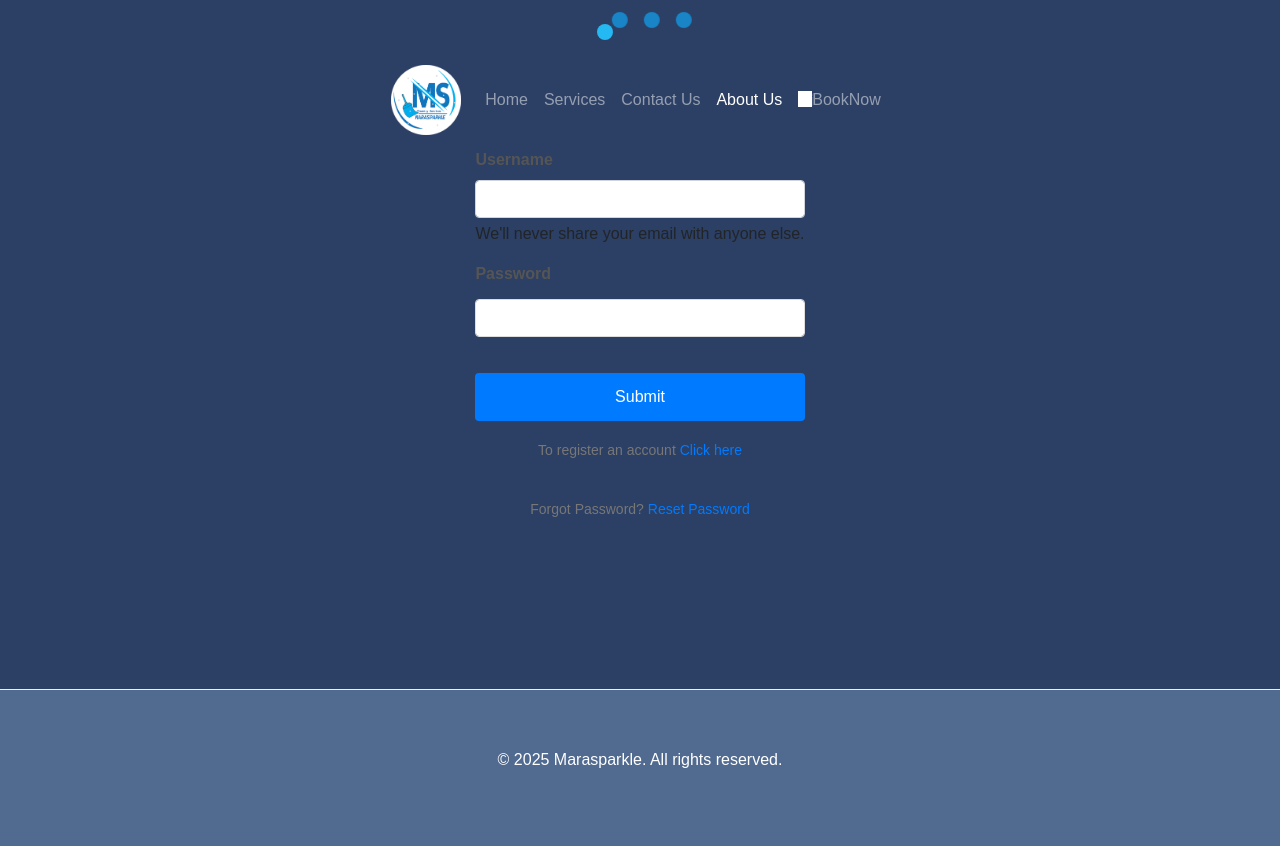
Repository: guineveretim/sparkle
Page: http://localhost/login/
The author's editor kept a copy of each file at every save. The page is drawn from the files as they stood at one save, then again after the next save.
The browser window is 1280 px wide. The pictures show the whole page.
The page is served by the project's application, run on Django 5.2 (manage.py).

Above is the page before, as saved 2025-03-26 15:00:05.

After the next save:
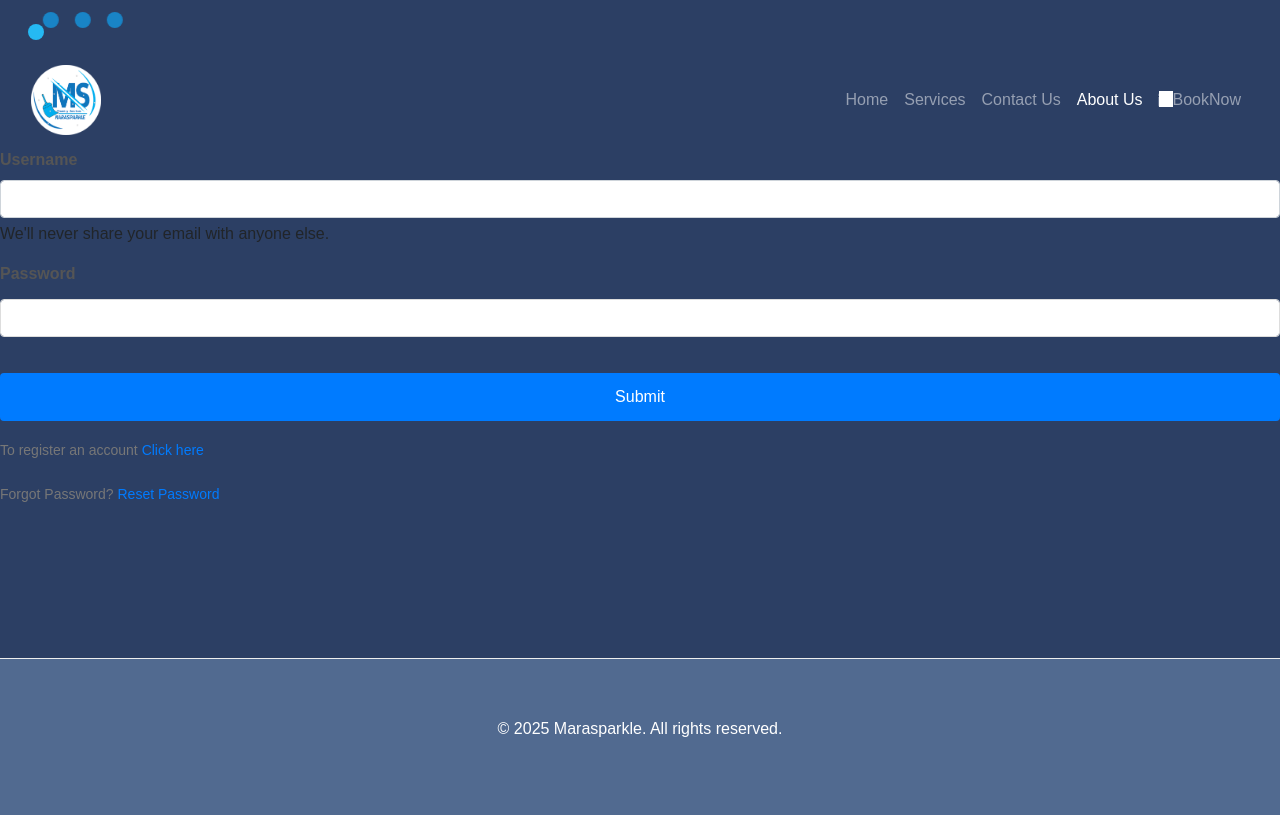
Saved 10 s later.
--- a/static/css/authentication/login.css
+++ b/static/css/authentication/login.css
@@ -1,17 +1,3 @@
-body {
-  font-family: 'Arial', sans-serif;
-  background-color:#e0f2f7;
-  margin: 0;
-  padding: 0;
-  display: flex;
-  justify-content: center;
-  align-items: center;
-  min-height: 100vh;
-  flex-direction: column;
-  color: #333;
-
-
-}
 
 .content{
   display: flex;

After the save that followed:
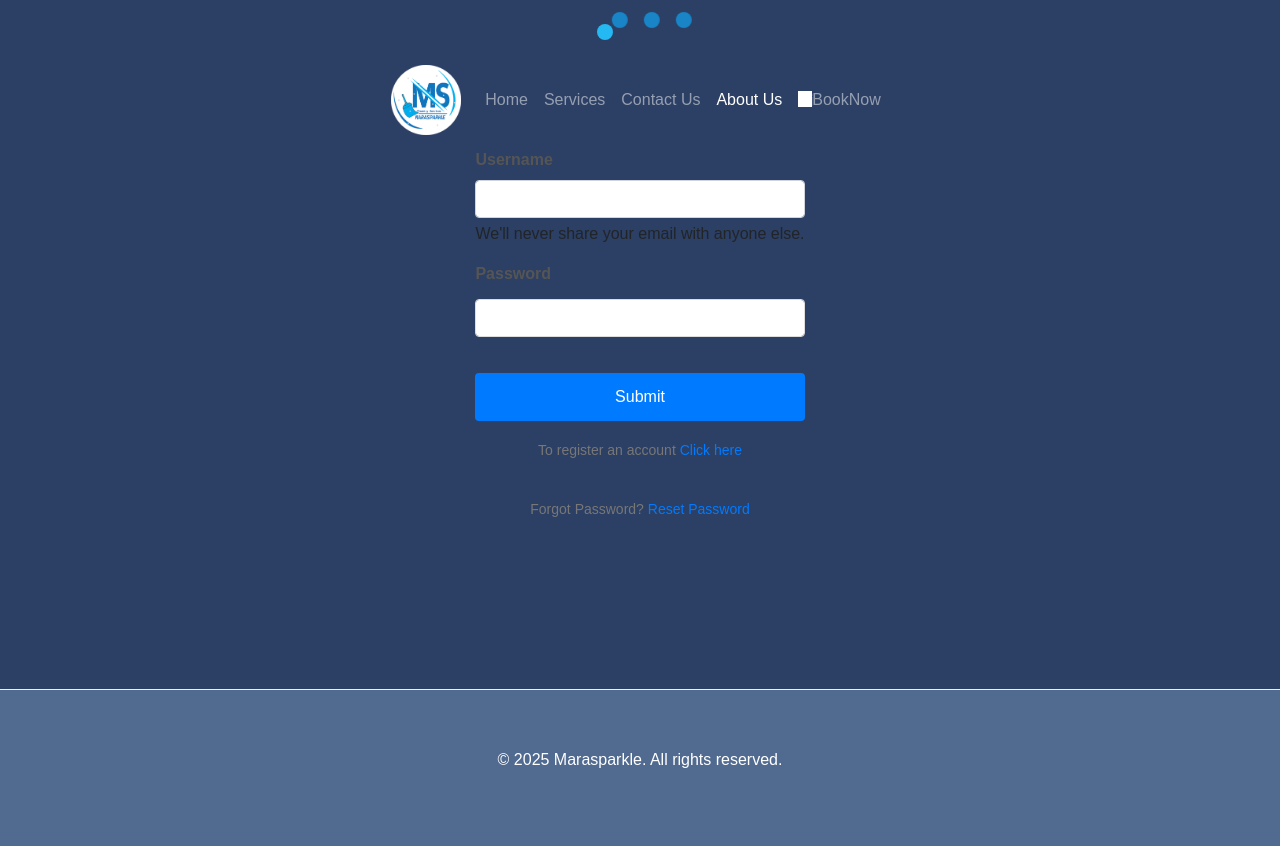
Saved 9 s later.
--- a/static/css/authentication/login.css
+++ b/static/css/authentication/login.css
@@ -1,3 +1,17 @@
+body {
+  font-family: 'Arial', sans-serif;
+  background-color:#e0f2f7;
+  margin: 0;
+  padding: 0;
+  display: flex;
+  justify-content: center;
+  align-items: center;
+  min-height: 100vh;
+  flex-direction: column;
+  color: #333;
+
+
+}
 
 .content{
   display: flex;
